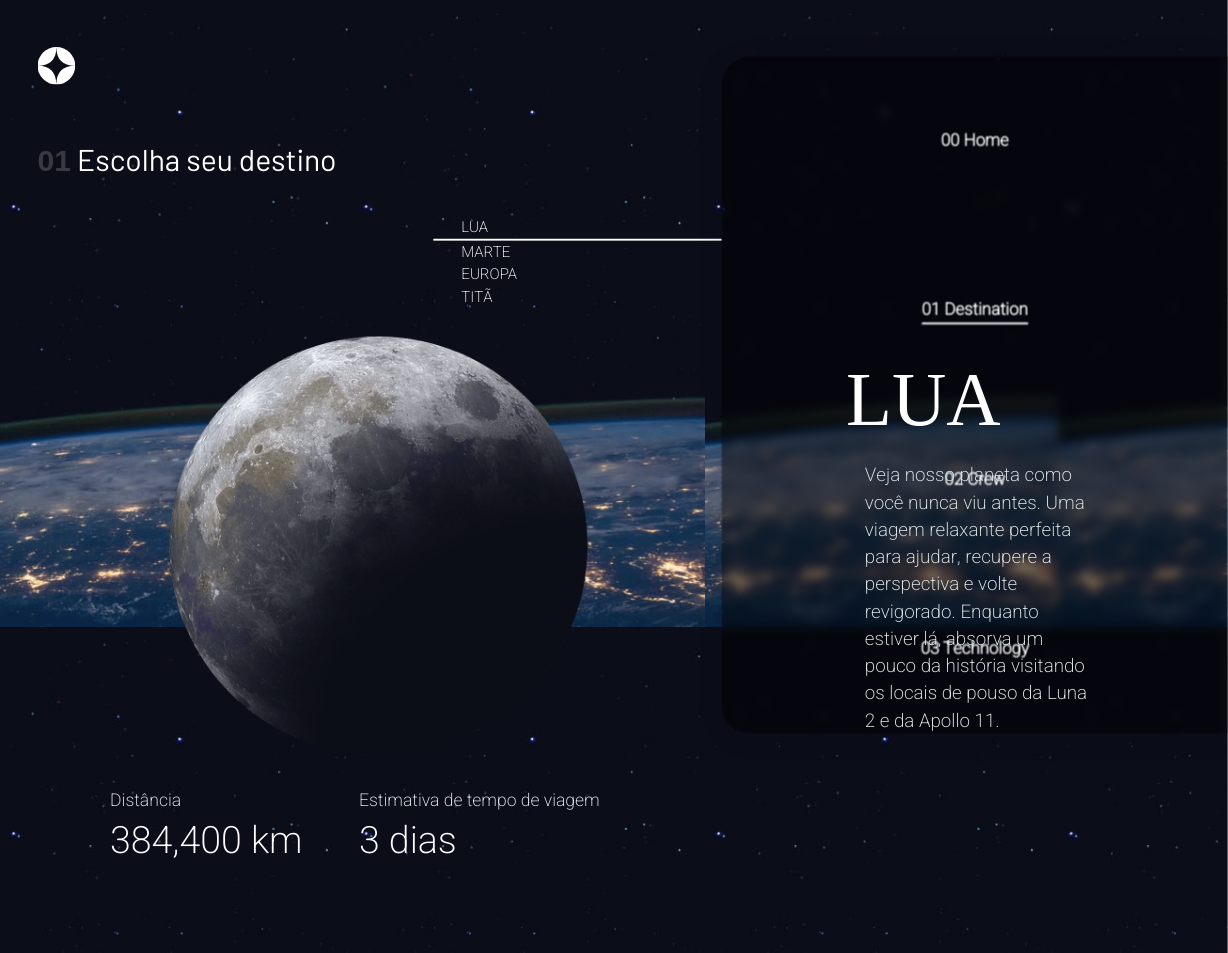
Repository: Leonngc/space-site
Page: space-tourism-website-main/space-tourism-website-main/starter-code/destination-moon.html
An editor plug-in stored every save of this project. The page is shown before and after the next save, followed by the edit.
The browser window is 768 px wide. The page is 1306 px wide, so the pictures cover 1306 px, including what lies to the right of the window. The pictures show the whole page, at 94% of full size.

Above is the page before, as saved 2023-04-30 00:49:58.

### space-tourism-website-main/space-tourism-website-main/starter-code/destination-moon.html
<!DOCTYPE html>
<html lang="en">
<head>
  <meta charset="UTF-8">
  <meta name="viewport" content="width=device-width, initial-scale=1.0">

  <link rel="icon" type="image/png" sizes="32x32" href="./assets/favicon-32x32.png">
  <link rel="stylesheet" href="styles/menu.css">
  <link rel="stylesheet" href="styles/destination.css">
  <script src="script/menu.js" defer></script>
  <title>Frontend Mentor | Space tourism website</title>
</head>
<body>

  <header>
    <img src="assets/shared/logo.svg" alt="" class="logo">

    <div class="line"></div>
    <nav>
      <button class="menu-button"><i class="fi fi-br-menu-burger"></i></button>
      <ul class="menu">
      <li class="item-menu"><a href="#">00 Home</a></li>
      <li class="item-menu page-active"><a href="#">01 Destination</a></li>
      <li class="item-menu"><a href="#">02 Crew</a></li>
      <li class="item-menu"><a href="#">03 Technology</a></li>
      </ul>
    </nav>

  </header>

<main>

    <h1><strong>01</strong> Escolha seu destino</h1>

    <ul class="nav-travel">
      <li class="travel-destiny page-active"><a href="">Lua</a></li>
      <li class="travel-destiny"><a href="">Marte</a></li>
      <li class="travel-destiny"><a href="">Europa</a></li>
      <li class="travel-destiny"><a href="">Titã</a></li>
    </ul>

    <div class="destination-container">
      <img src="assets/destination/image-moon.png" alt="">

      <div class="destination-info">
        <h2>Lua</h2>
        <p>
          Veja nosso planeta como você nunca viu antes. Uma viagem relaxante perfeita para ajudar,
          recupere a perspectiva e volte revigorado. Enquanto estiver lá, absorva um pouco da história
          visitando os locais de pouso da Luna 2 e da Apollo 11.
        </p>
      </div>
    </div>
   <div class="travel-container">
     <div class="info-travel">
       <h3>Distância</h3>
        <span>384,400 km</span>
     </div>

      <div class="info-travel">
        <h3>Estimativa de tempo de viagem</h3>
        <span>3 dias</span>
      </div>
   </div>

</main>
</body>
</html>

### space-tourism-website-main/space-tourism-website-main/starter-code/styles/menu.css
@import url('https://fonts.googleapis.com/css2?family=Heebo:wght@200&display=swap');

*{
    padding: 0;
    margin: 0;
}

body{
    overflow-x: hidden;
}

header{
    display: flex;
    justify-content: space-between;
}

.menu{
    margin-top: 20px;
    display: flex;
    width: 40vw ;
    height: 12vh;
    position: relative;
    list-style: none;
    background: rgba(255, 255, 255, 0.21);
    background: rgba(255, 255, 255, 0.08);
    box-shadow: 0 4px 30px rgba(0, 0, 0, 0.1);
    backdrop-filter: blur(5px);
    -webkit-backdrop-filter: blur(5px);
}

.item-menu{
    margin: auto;
}

.item-menu a{
    text-decoration: none;
    font-family: 'Heebo', sans-serif;
    color: white;
}


.line{
    background-color:  rgba(255, 255, 255, 0.21);

    height: 2px;
    width: 1110px;
    margin-top: 68px;
    margin-left: 30px;
}

.logo{
    margin-top: 30px;
    margin-left: 20px;
    width: 40px;
    height: 40px;
    padding: 20px;
}

.page-active{
    border-bottom: 2px solid white;
}

ul li > a:hover{
    font-size: 18px;
    transition: 2s;
}

.menu-button{
    display: none;
}



@media screen and (max-width: 990px){
    .line{
        display: none;
    }

    body{
        background-image: url(../assets/home/background-home-mobile.jpg) !important;
    }

    .menu{
        position: absolute;
        right: 0;
        width: 70vw;
        height: 90vh;
        display: flex;
        margin: 0;
        border-top-left-radius: 30px;
        border-bottom-left-radius: 30px;
        transform: translateX(100%);
        transition: transform 0.6s ease-in;
        background: rgba(255, 255, 255, 0.346);
        background: rgba(0, 0, 0, 0.47);
        box-shadow: 0 4px 30px rgba(0, 0, 0, 0.1);
        backdrop-filter: blur(5px);
        -webkit-backdrop-filter: blur(5px);
    }

    ul{
        flex-direction: column;
    }


    .menu li{
       color: white;
       font-size: 18px;
       font-weight: bold;
    }

    .menu-button{
        display: block;
        font-size: 40px;
        color: white;
        background: none;
        border: none;
        padding: 10px;
        margin-top: 40px;
    }

    ul.active{
        transform: translateX(0);
    }
}

### space-tourism-website-main/space-tourism-website-main/starter-code/styles/destination.css
@import url('https://fonts.googleapis.com/css2?family=Barlow&display=swap');
@import url('https://fonts.googleapis.com/css2?family=Heebo:wght@200&display=swap');
/*  font-family: 'Barlow', sans-serif;
    font-family: 'Heebo', sans-serif;
*/

:root{
    --title-font: 'Barlow';
    --paragraph-font: 'Heebo';
}

*{
    padding: 0;
    margin: 0;
}

body{
    max-width: 100vw;
    background-image: url(../assets/destination/background-destination-desktop.jpg);
}

main{
    color: white;
}

h1{
    font-family: var(--title-font);
    padding: 40px;
    font-weight: 100;
}

strong{
    color: #393941;
    font-family: Arial, Helvetica, sans-serif;
}

.nav-travel{
    width: 40vw;
    list-style: none;
    display: flex;
    float: right;
}

.nav-travel a{
    text-decoration: none;
    text-transform: uppercase;
    color: #f0f0f0;
    font-family: var(--paragraph-font);
    padding: 30px;
}

.destination-container{
    margin-left: 30px;
}

.destination-container > img{
    margin-left: 120px;
    padding: 30px;
}


.destination-info{
    width: 37vw;
    position: absolute;
    top: 380px;
    left: 900px;
}

.destination-info h2{
    font-size: 80px;
    font-weight: 200;
    font-family: serif;
    text-transform: uppercase;
}

.destination-info p{
    font-family: var(--paragraph-font);
    font-size: 20px;
    padding: 20px;
    font-weight: lighter;
    text-align: start;
    color: #dbe5e6;
}

.travel-container{
    float: right;
    display: flex;
    padding: 0px;
    flex-wrap: wrap;
    margin-bottom: 90px;
    margin-right: 100px;
}

.info-travel{
    font-family: var(--paragraph-font);
    padding: 0px 30px 0px 30px;
}


.info-travel h3{
    font-weight: lighter;
    color: #dbe5e6;
}

.info-travel > span{
    font-size: 40px;
    font-weight: lighter;
}

### space-tourism-website-main/space-tourism-website-main/starter-code/script/menu.js
class MobileNavbar{
    constructor(mobileMenu, navList, navLink){
        this.mobileMenu = document.querySelector(mobileMenu);
        this.navList = document.querySelector(navList);
        this.navLink = document.querySelector(navLink);
        this.activeClass = "active";
        this.handleClick = this.handleClick.bind(this)
    }

    handleClick(){
        this.navList.classList.toggle(this.activeClass);
        this.mobileMenu.classList.toggle(this.activeClass)
    }

    addClickEvent(){
        this.mobileMenu.addEventListener("click", this.handleClick);
    }

    init(){
        if(this.mobileMenu){
            this.addClickEvent();
        }
        return this;
    }
}

const mobileNavbar = new MobileNavbar(
    "nav",
    "ul",
    "ul li",
);

mobileNavbar.init()

After the next save:
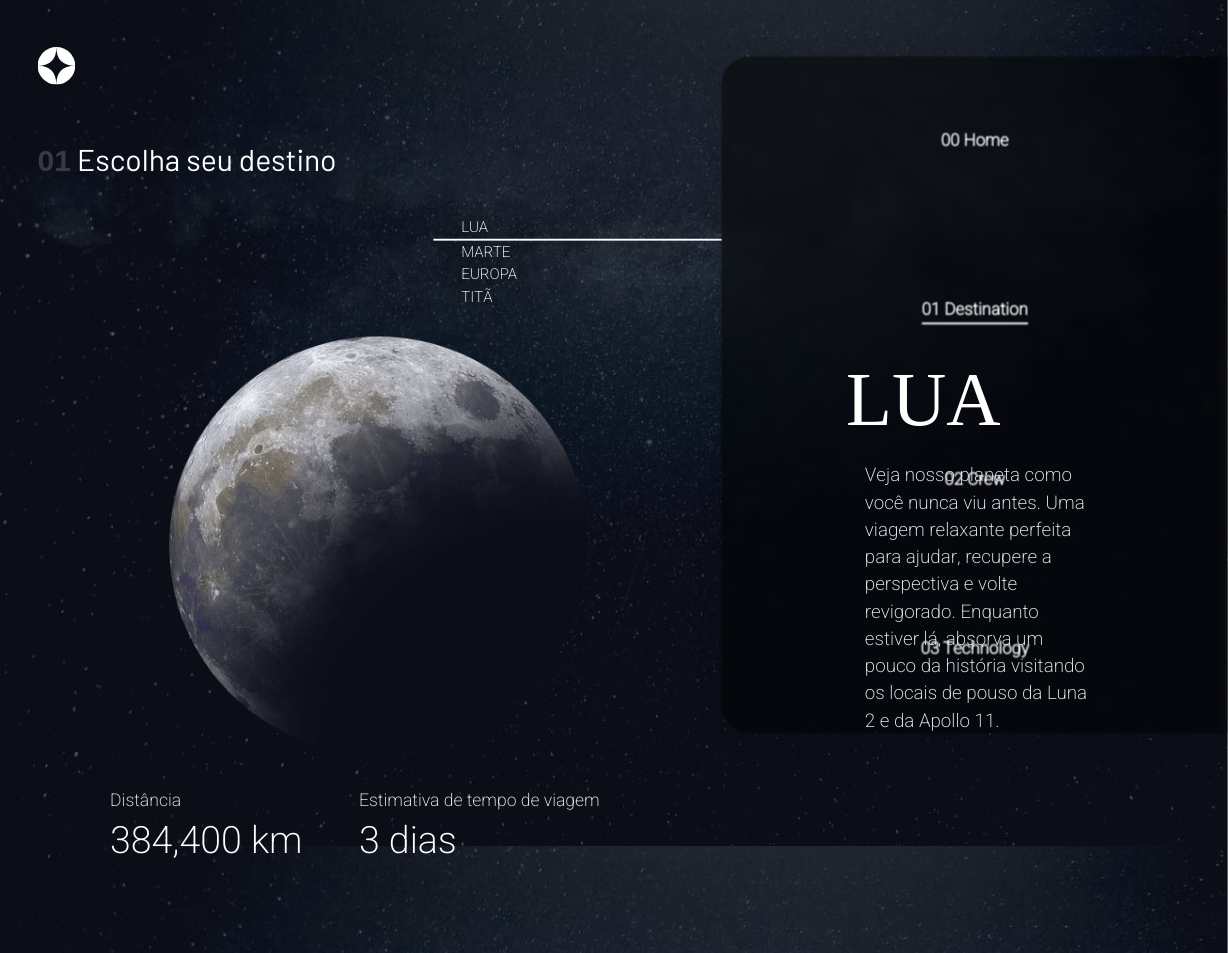
Saved 13 min 58 s later.
--- a/space-tourism-website-main/space-tourism-website-main/starter-code/styles/menu.css
+++ b/space-tourism-website-main/space-tourism-website-main/starter-code/styles/menu.css
@@ -76,9 +76,6 @@ ul li > a:hover{
         display: none;
     }
 
-    body{
-        background-image: url(../assets/home/background-home-mobile.jpg) !important;
-    }
 
     .menu{
         position: absolute;
